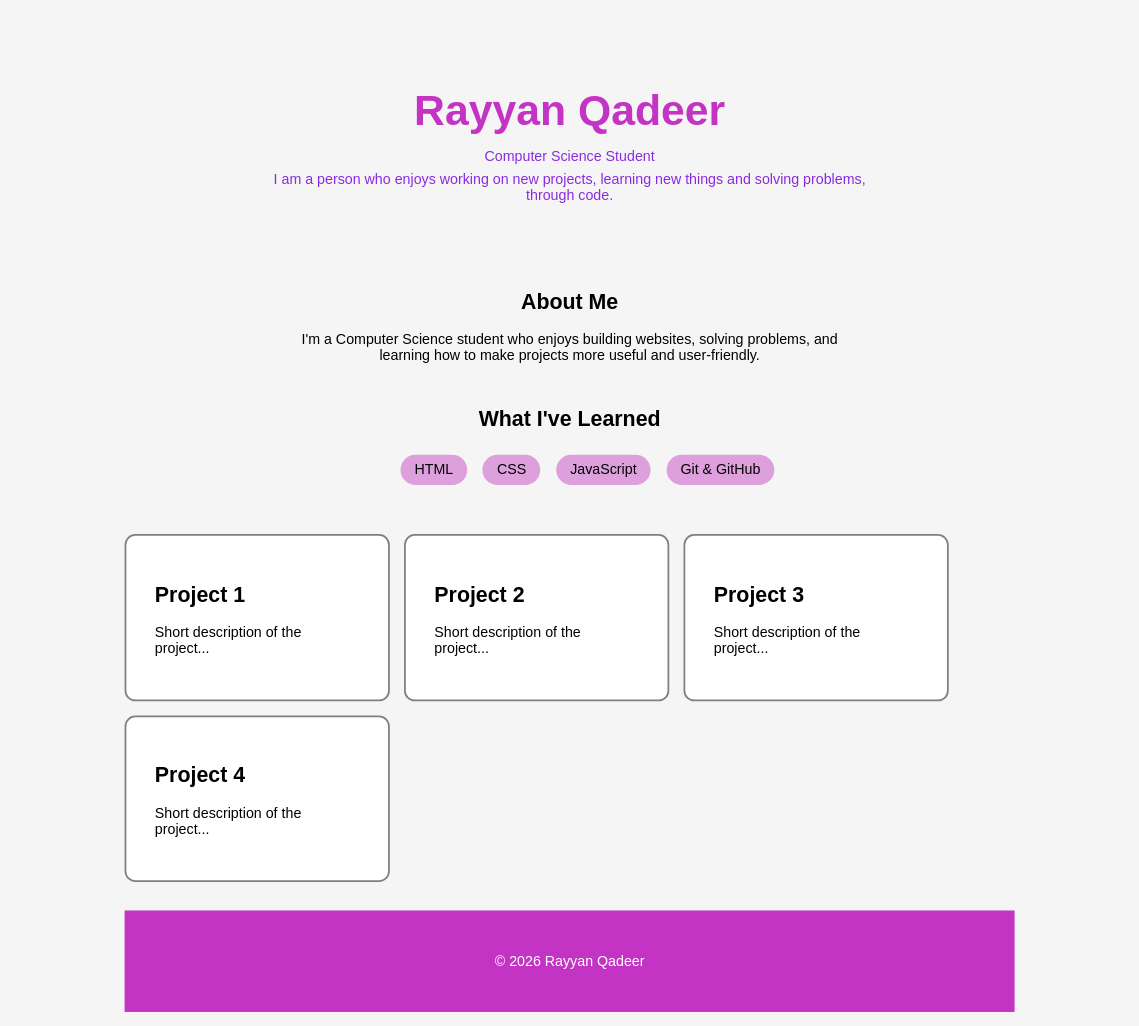
Repository: rayyan-qadeer/rayyan-qadeer
Page: index.html
The author's editor kept a copy of each file at every save. The page is drawn from the files as they stood at one save, then again after the next save.
The browser window is 1280 px wide. The pictures show the whole page, at 89% of full size.

Above is the page before, as saved 2026-05-06 03:17:08.

### index.html
<!doctype html>
<html lang="en">
  <head>
    <meta charset="UTF-8" />
    <meta name="viewport" content="width=device-width, initial-scale=1.0" />
    <title>Rayyan Qadeer Portfolio</title>
    <link rel="stylesheet" href="./styles/globals.css" />
    <link rel="stylesheet" href="./styles/index.css" />
  </head>
  <body>
    <main>
      <header>
        <h1>Rayyan Qadeer</h1>
        <p class="subtitle">Computer Science Student</p>
        <p class="description">
          I am a person who enjoys working on new projects, learning new things and solving problems, through code.
        </p>
      </header>

      <section class ="about">
        <h2>About Me</h2>
        <p>I'm a Computer Science student who enjoys building websites, solving problems, and learning how to make projects more useful and user-friendly.
        </p>
      </section>

      <section class ="skills">
        <h2>What I've Learned</h2>
        <ul>
          <li>HTML</li>
          <li>CSS</li>
          <li>JavaScript</li>
          <li>Git & GitHub</li>
        </ul>
      </section>

      <section class="projects">
        <article class="card">
          <h2>Project 1</h2>
          <p>Short description of the project...</p>
        </article>

        <article class="card">
          <h2>Project 2</h2>
          <p>Short description of the project...</p>
        </article>

        <article class="card">
          <h2>Project 3</h2>
          <p>Short description of the project...</p>
        </article>

        <article class="card">
          <h2>Project 4</h2>
          <p>Short description of the project...</p>
        </article>
      </section>

      <footer>
        <p>© 2026 Rayyan Qadeer</p>
      </footer>
    </main>
  </body>
</html>

### styles/globals.css
body {
    margin: 0rem;
    font-family: Arial, Helvetica, sans-serif;
    background-color: whitesmoke;
    color: black;
}

### styles/index.css
main {
  padding: 1rem;
  max-width: 1000px;
  margin: 0 auto;
}

header {
  text-align: center;
  margin-bottom: 3rem;
  padding: 3rem 1rem;
}

header h1 {
  font-size: 3rem;
  margin-bottom: 0.5rem;
  color: rgb(196, 52, 196);
}

.subtitle {
  color: blueviolet;
  margin-bottom: 0.5rem;
}

.description {
  max-width: 43.75rem;
  margin: 0 auto;
  color: blueviolet;
}

.about,
.skills {
  text-align: center;
  max-width: 650px;
  margin: 3rem auto;
}

.skills li {
  display: inline-block;
  margin: 0.4rem;
  padding: 0.5rem 1rem;
  background-color: plum;
  border-radius: 1.25rem;
}

.projects {
  display: flex;
  flex-direction: column;
  gap: 1rem;
  margin: 2rem auto;
}

.card {
  background-color: white;
  padding: 2rem;
  border-radius: 12px;
  border: 2px solid gray;
}

.card:hover {
  transform: translateY(-4px);
  background-color: plum;
}

footer {
  text-align: center;
  margin-top: 2rem;
  padding: 2rem;
  background-color: rgb(196, 52, 196);
  color: white;
}

@media (min-width: 768px) {
  .projects {
    flex-direction: row;
    flex-wrap: wrap;
  }

  .card {
    width: 48%;
  }
}

@media (min-width: 1024px) {
  .card {
    width: 23%;
  }
}

After the next save:
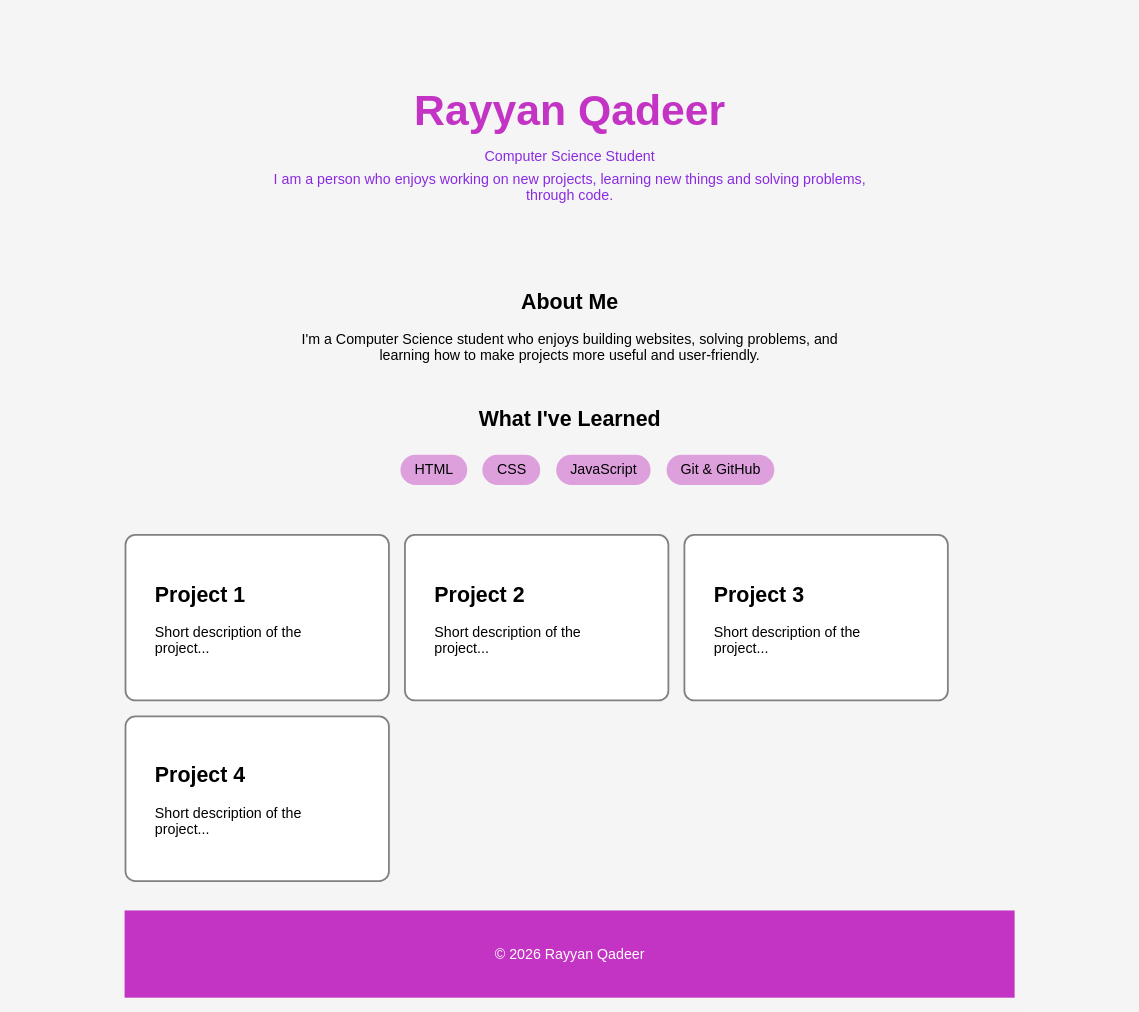
Saved 13 s later.
--- a/styles/index.css
+++ b/styles/index.css
@@ -64,7 +64,7 @@
 footer {
   text-align: center;
   margin-top: 2rem;
-  padding: 2rem;
+  padding: 1.5rem;
   background-color: rgb(196, 52, 196);
   color: white;
 }

After the save that followed:
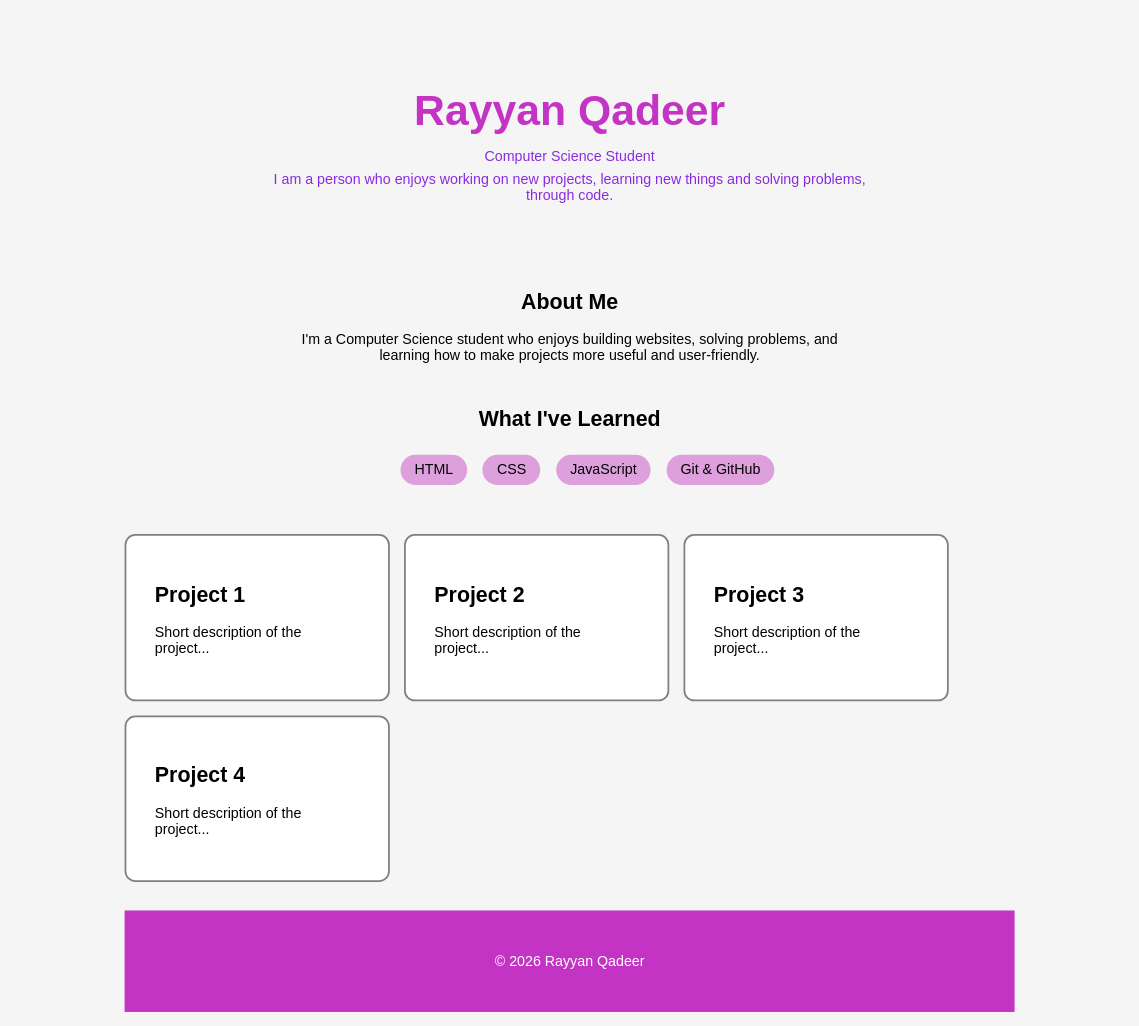
Saved 5 s later.
--- a/styles/index.css
+++ b/styles/index.css
@@ -64,7 +64,7 @@
 footer {
   text-align: center;
   margin-top: 2rem;
-  padding: 1.5rem;
+  padding: 2rem;
   background-color: rgb(196, 52, 196);
   color: white;
 }
